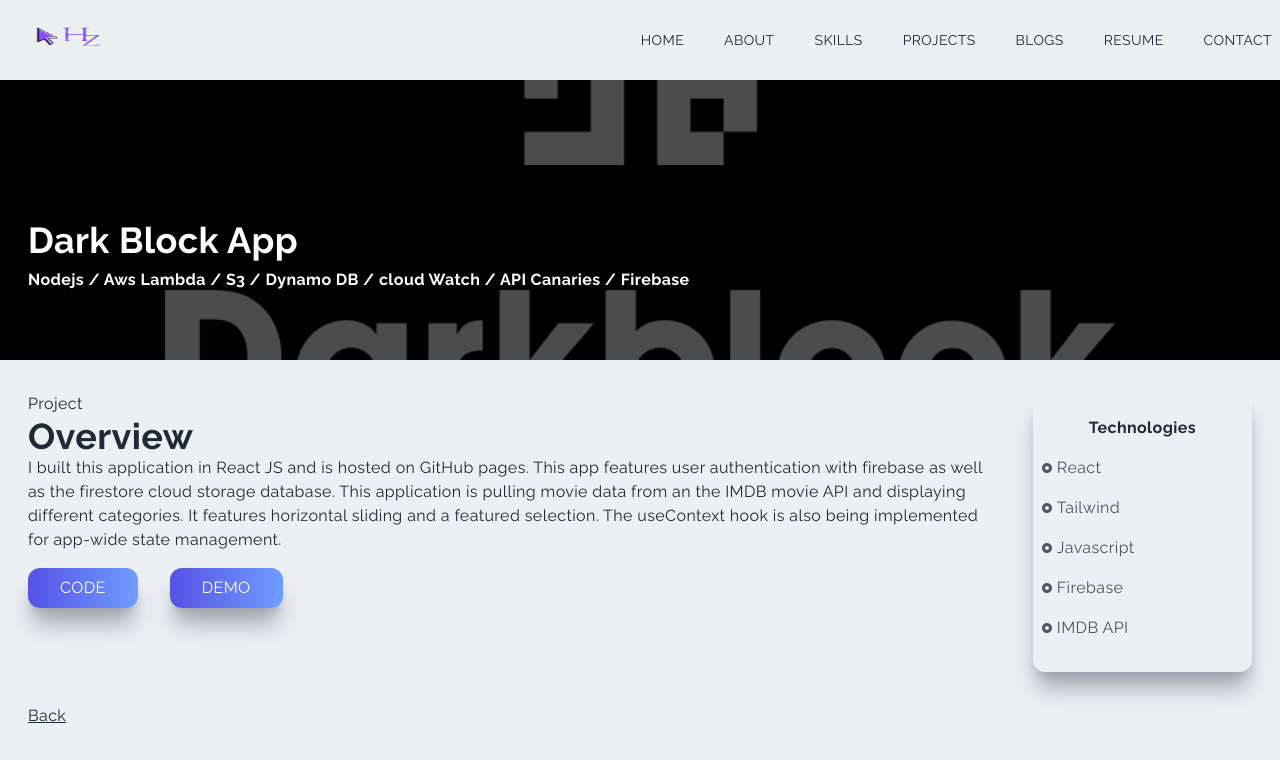
Repository: Hasnainzxc/testofolio
Page: /darkblock
An editor plug-in stored every save of this project. The page is shown before and after the next save, followed by the edit.
The browser window is 1280 px wide. The pictures show the whole page.
The project was rebuilt for these pictures with package versions that can differ from the ones it lists, and the page was loaded fresh each time. The framework's server and built-in components were replaced by stand-ins that run in the browser. Also part of the build but not shown: next.config.js.

Above is the page before, as saved 2023-01-27 06:33:43.

### pages/darkblock.jsx
import Image from 'next/image';
import React from 'react';
// import netflixImg from '../public/assets/projects/netflix.jpg';
import darkblockImg from '../public/assets/projects/darkblock.jpg';
import { RiRadioButtonFill } from 'react-icons/ri';
import Link from 'next/link';

const darkblock = () => {
  return (
    <div className='w-full'>
      <div className='w-screen h-[50vh] relative'>
        <div className='absolute top-0 left-0 w-full h-[50vh] bg-black/70 z-10' />
        <Image
          className='absolute z-1'
          layout='fill'
          objectFit='cover'
          src={darkblockImg}
          alt='/'
        />
        <div className='absolute top-[70%] max-w-[1240px] w-full left-[50%] right-[50%] translate-x-[-50%] translate-y-[-50%] text-white z-10 p-2'>
          <h2 className='py-2'>Dark Block App</h2>
          <h3>Nodejs / Aws Lambda / S3 / Dynamo DB / cloud Watch / API Canaries / Firebase</h3>
        </div>
      </div>

      <div className='max-w-[1240px] mx-auto p-2 grid md:grid-cols-5 gap-8 py-8'>
        <div className='col-span-4'>
          <p>Project</p>
          <h2>Overview</h2>
          <p>
            I built this application in React JS and is hosted on GitHub pages.
            This app features user authentication with firebase as well as the
            firestore cloud storage database. This application is pulling movie
            data from an the IMDB movie API and displaying different categories.
            It features horizontal sliding and a featured selection. The
            useContext hook is also being implemented for app-wide state
            management.
          </p>
          <a
            href='/'
            target='_blank'
            rel='noreferrer'
          >
            <button className='px-8 py-2 mt-4 mr-8'>Code</button>
          </a>
          <a
            href='https://fireclint.github.io/netflix-react-tailwind/'
            target='_blank'
            rel='noreferrer'
          >
            <button className='px-8 py-2 mt-4'>Demo</button>
          </a>
        </div>
        <div className='col-span-4 md:col-span-1 shadow-xl shadow-gray-400 rounded-xl py-4'>
          <div className='p-2'>
            <p className='text-center font-bold pb-2'>Technologies</p>
            <div className='grid grid-cols-3 md:grid-cols-1'>
              <p className='text-gray-600 py-2 flex items-center'>
                <RiRadioButtonFill className='pr-1' /> React
              </p>
              <p className='text-gray-600 py-2 flex items-center'>
                <RiRadioButtonFill className='pr-1' /> Tailwind
              </p>
              <p className='text-gray-600 py-2 flex items-center'>
                <RiRadioButtonFill className='pr-1' /> Javascript
              </p>
              <p className='text-gray-600 py-2 flex items-center'>
                <RiRadioButtonFill className='pr-1' /> Firebase
              </p>
              <p className='text-gray-600 py-2 flex items-center'>
                <RiRadioButtonFill className='pr-1' /> IMDB API
              </p>
            </div>
          </div>
        </div>
        <Link href='/#projects'>
          <p className='underline cursor-pointer'>Back</p>
        </Link>
      </div>
    </div>
  );
};

export default darkblock;

### components/Navbar.jsx
import Image from 'next/image';
import Link from 'next/link';
import React, { useState, useEffect } from 'react';
import { AiOutlineClose, AiOutlineMail, AiOutlineMenu } from 'react-icons/ai';
import { FaGithub, FaLinkedinIn } from 'react-icons/fa';
import { BsFillPersonLinesFill } from 'react-icons/bs';
// import { useRouter } from 'next/router';
import logo from '../public/assets/logo.png'

const Navbar = () => {
  const [nav, setNav] = useState(false);
  const [shadow, setShadow] = useState(false);
  const [navBg, setNavBg] = useState('#ecf0f3');
  const [linkColor, setLinkColor] = useState('#1f2937');
  // const [position, setPosition] = useState('fixed')
  // const router = useRouter();

  // useEffect(() => {
  //   if (
  //     router.asPath === '/property' ||
  //     router.asPath === '/crypto' ||
  //     router.asPath === '/netflix' ||
  //     router.asPath === '/twitch'
  //   ) {
  //     setNavBg('transparent');
  //     setLinkColor('#ecf0f3');
  //   } else {
  //     setNavBg('#ecf0f3');
  //     setLinkColor('#1f2937');
  //   }
  // }, [router]);

  const handleNav = () => {
    setNav(!nav);
  };

  useEffect(() => {
    const handleShadow = () => {
      if (window.scrollY >= 90) {
        setShadow(true);
      } else {
        setShadow(false);
      }
    };
    window.addEventListener('scroll', handleShadow);
  }, []);

  return (
    <div
      style={{ backgroundColor: `${navBg}` }}
      className={
        shadow
          ? 'fixed w-full h-20 shadow-xl z-[100] ease-in-out duration-300'
          : 'fixed w-full h-20 z-[100]'
      }
    >
      <div className='flex justify-between items-center w-full h-full px-2 2xl:px-16'>
        <Link href='/'>
          <a>
            <Image
              src={logo}
              alt='/'
              width='125'
              height='50'
              className='cursor-pointer'
            />
          </a>
        </Link>
        <div>
          <ul style={{ color: `${linkColor}` }} className='hidden md:flex'>
            <li className='ml-10 text-sm uppercase hover:border-b'>
              <Link href='/'>Home</Link>
            </li>
            <li className='ml-10 text-sm uppercase hover:border-b'>
              <Link href='/#about'>About</Link>
            </li>
            <li className='ml-10 text-sm uppercase hover:border-b'>
              <Link href='/#skills'>Skills</Link>
            </li>
            <li className='ml-10 text-sm uppercase hover:border-b'>
              <Link href='/#projects'>Projects</Link>
            </li>
            <li className='ml-10 text-sm uppercase hover:border-b'>
              <Link href='/#Blog'>Blogs</Link>
            </li>
            <li className='ml-10 text-sm uppercase hover:border-b'>
              <Link href='/resume'>Resume</Link>
            </li>
            <li className='ml-10 text-sm uppercase hover:border-b'>
              <Link href='/#contact'>Contact</Link>
            </li>
          </ul>
          {/* Hamburger Icon */}
          <div
            style={{ color: `${linkColor}` }}
            onClick={handleNav}
            className='md:hidden'
          >
            <AiOutlineMenu size={25} />
          </div>
        </div>
      </div>

      {/* Mobile Menu */}
      {/* Overlay */}
      <div
        className={
          nav ? 'md:hidden fixed left-0 top-0 w-full h-screen bg-black/70' : ''
        }
      >
        {/* Side Drawer Menu */}
        <div
          className={
            nav
              ? ' fixed left-0 top-0 w-[75%] sm:w-[60%] md:w-[45%] h-screen bg-[#ecf0f3] p-10 ease-in duration-500'
              : 'fixed left-[-100%] top-0 p-10 ease-in duration-500'
          }
        >
          <div>
            <div className='flex w-full items-center justify-between'>
              <Link href='/'>
                <a>
                  <Image
                    src={logo}
                    width='87'
                    height='35'
                    alt='/'
                  />
                </a>
              </Link>
              <div
                onClick={handleNav}
                className='rounded-full shadow-lg shadow-gray-400 p-3 cursor-pointer'
              >
                <AiOutlineClose />
              </div>
            </div>
            <div className='border-b border-gray-300 my-4'>
              <p className='w-[85%] md:w-[90%] py-4'>
                Let&#39;s build something legendary together
              </p>
            </div>
          </div>
          <div className='py-4 flex flex-col'>
            <ul className='uppercase'>
              <Link href='/'>
                <li onClick={() => setNav(false)} className='py-4 text-sm'>
                  Home
                </li>
              </Link>
              <Link href='/#about'>
                <li onClick={() => setNav(false)} className='py-4 text-sm'>
                  About
                </li>
              </Link>
              <Link href='/#skills'>
                <li onClick={() => setNav(false)} className='py-4 text-sm'>
                  Skills
                </li>
              </Link>
              <Link href='/#projects'>
                <li onClick={() => setNav(false)} className='py-4 text-sm'>
                  Projects
                </li>
              </Link>
              <Link href='/resume'>
                <li onClick={() => setNav(false)} className='py-4 text-sm'>
                  Resume
                </li>
              </Link>
              <Link href='/#contact'>
                <li onClick={() => setNav(false)} className='py-4 text-sm'>
                  Contact
                </li>
              </Link>
            </ul>
            <div className='pt-40'>
              <p className='uppercase tracking-widest text-[#5651e5]'>
                Let&#39;s Connect
              </p>
              <div className='flex items-center justify-between my-4 w-full sm:w-[80%]'>
                <a
                  href='
                  https://www.linkedin.com/in/hasnainzxc//'
                  target='_blank'
                  rel='noreferrer'
                >
                  <div className='rounded-full shadow-lg shadow-gray-400 p-3 cursor-pointer hover:scale-105 ease-in duration-300'>
                    <FaLinkedinIn />
                  </div>
                </a>
                <a
                  href='https://github.com/Hasnainzxc'
                  target='_blank'
                  rel='noreferrer'
                >
                  <div className='rounded-full shadow-lg shadow-gray-400 p-3 cursor-pointer hover:scale-105 ease-in duration-300'>
                    <FaGithub />
                  </div>
                </a>
                <Link href='/#contact'>
                  <div
                    onClick={() => setNav(!nav)}
                    className='rounded-full shadow-lg shadow-gray-400 p-3 cursor-pointer hover:scale-105 ease-in duration-300'
                  >
                    <AiOutlineMail />
                  </div>
                </Link>
                <Link href='/resume'>
                  <div
                    onClick={() => setNav(!nav)}
                    className='rounded-full shadow-lg shadow-gray-400 p-3 cursor-pointer hover:scale-105 ease-in duration-300'
                  >
                    <BsFillPersonLinesFill />
                  </div>
                </Link>
              </div>
            </div>
          </div>
        </div>
      </div>
    </div>
  );
};

export default Navbar;

Loaded but not shown: pages/_app.js (common file); pages/_document.js (common file); styles/globals.css (common file); tailwind.config.js (common file)

After the next save:
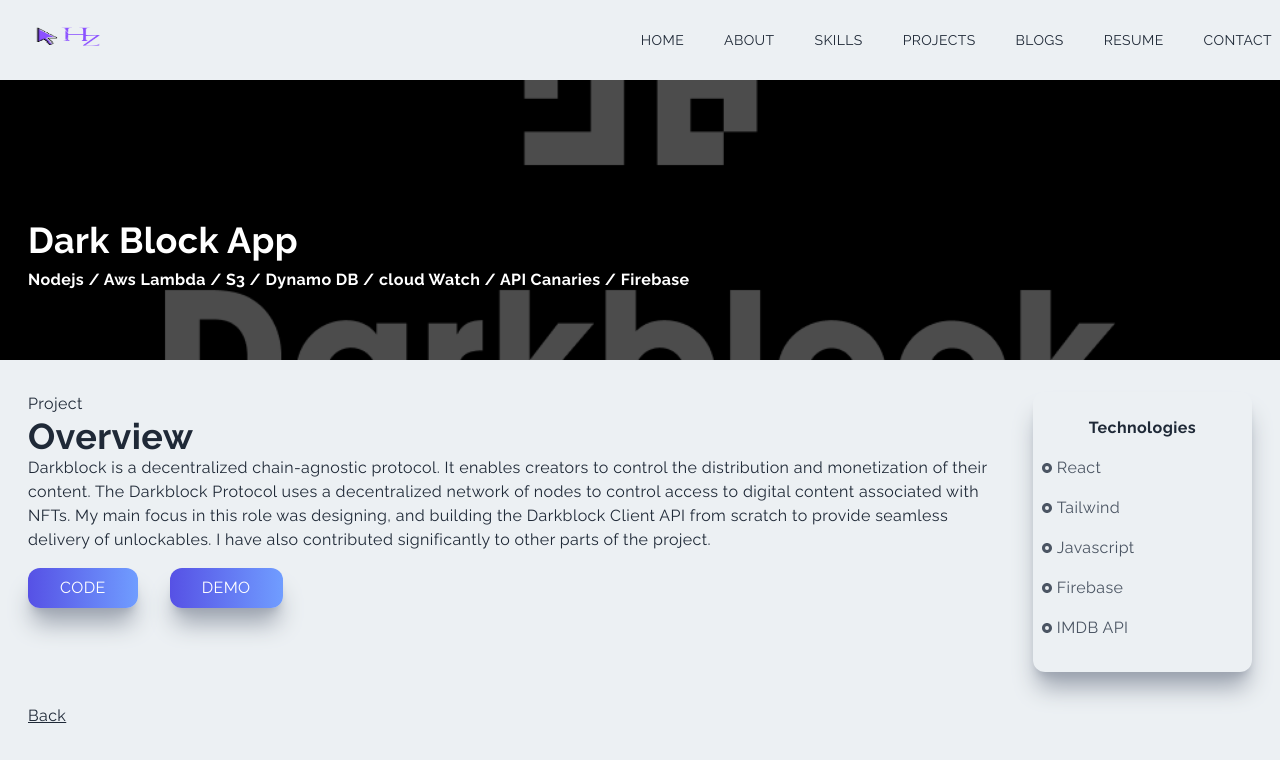
Saved 67 s later.
--- a/pages/darkblock.jsx
+++ b/pages/darkblock.jsx
@@ -28,13 +28,12 @@
           <p>Project</p>
           <h2>Overview</h2>
           <p>
-            I built this application in React JS and is hosted on GitHub pages.
-            This app features user authentication with firebase as well as the
-            firestore cloud storage database. This application is pulling movie
-            data from an the IMDB movie API and displaying different categories.
-            It features horizontal sliding and a featured selection. The
-            useContext hook is also being implemented for app-wide state
-            management.
+
+Darkblock is a decentralized chain-agnostic protocol. It enables creators to control the distribution and monetization of their content.
+The Darkblock Protocol uses a decentralized network of nodes to control access to digital content associated with NFTs.
+My main focus in this role was designing, and building the Darkblock Client API from scratch to provide seamless delivery of unlockables.
+I have also contributed significantly to other parts of the project.
+
           </p>
           <a
             href='/'
